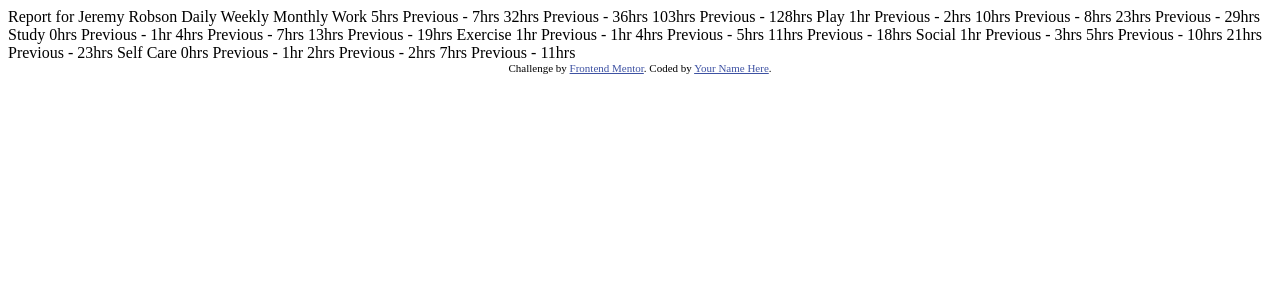
Repository: Akashiii1/WebTimeTracking_Day6
Page: index.html
An editor plug-in stored every save of this project. The page is shown before and after the next save, followed by the edit.
The browser window is 1280 px wide. The pictures show the whole page.

Above is the page before, as saved 2021-12-26 23:19:12.

After the next save:
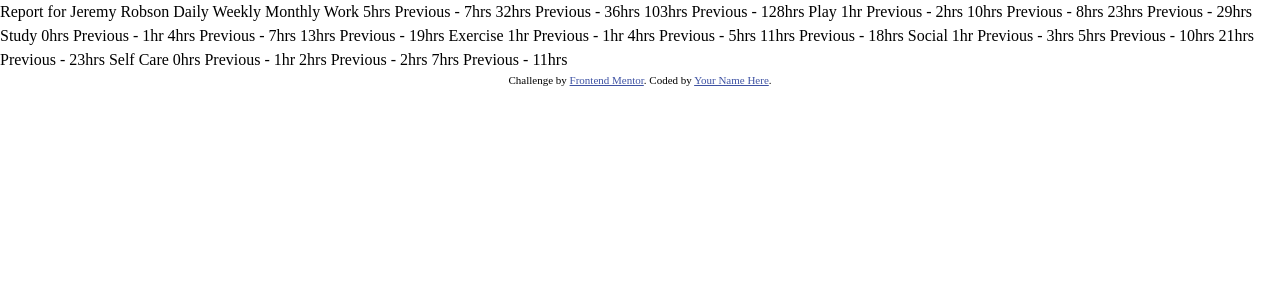
Saved 45 s later.
--- a/index.html
+++ b/index.html
@@ -9,6 +9,7 @@
   <title>Frontend Mentor | Time tracking dashboard</title>
 
   <!-- Feel free to remove these styles or customise in your own stylesheet 👍 -->
+  <link rel="stylesheet" href="style.css">
   <style>
     .attribution { font-size: 11px; text-align: center; }
     .attribution a { color: hsl(228, 45%, 44%); }
